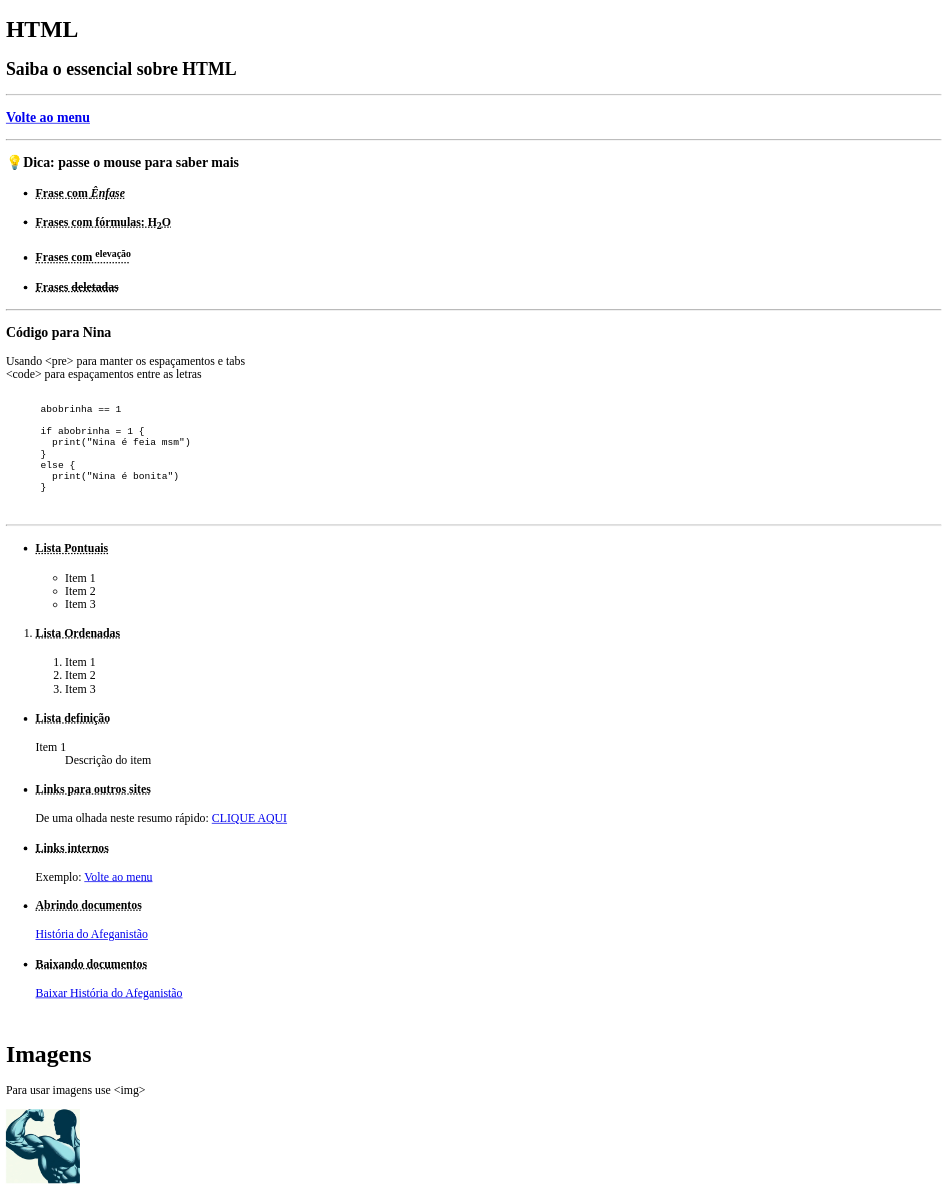
Repository: LuidyOn/Site_Forca_Total
Page: ForçaTotal/sobreHTML.html
An editor plug-in stored every save of this project. The page is shown before and after the next save, followed by the edit.
The browser window is 1280 px wide. The pictures show the whole page, at 74% of full size.

Above is the page before, as saved 2025-05-15 21:13:10.

### ForçaTotal/sobreHTML.html
<!DOCTYPE html>
<html lang="pt-br">
<head>
  <meta charset="UTF-8">
  <meta name="viewport" content="width=device-width, initial-scale=1.0">
  <link rel="shortcut icon" href="img/icons/logo.ico" type="image/x-icon">
  <title>Testes Força total</title>
</head>
<body>
  <h1>HTML</h1>
  <h2>Saiba o essencial sobre HTML</h2>

  <hr>
  <h3><a href="index.html" rel="prev"> Volte ao menu</a></h3>
  <hr>

<h3>💡Dica: passe o mouse para saber mais</h3>

  <ul><li><h4> <abbr title="Para deixar uma frase com ênfase, usamos: <em> ">Frase com <em>Ênfase</em></h4> </abbr>
  </li></ul>

    <ul><li><h4><abbr title="Para utilizarmos frases 'baixas' ou fórmulas usamos: <sub></sub>"> Frases com fórmulas: H<sub>2</sub>O</abbr></h4> </li></ul>

  <ul><li><h4> <abbr title="Para utilizarmos frases com ênfase/superiores usamos: <sup></sup>">Frases com <sup>elevação</sup></h4> </abbr></li></ul>

  <ul><li><abbr title=" Para utilizarmos frases deletadas usamos: <del>"><h4>Frases <del>deletadas</del></h4></abbr></li></ul>

  <hr>

  <h3>Código para Nina</h3>
  <p>Usando &lt;pre&gt; para manter os espaçamentos e tabs <br> &lt;code&gt; para espaçamentos entre as letras</p>

  <p></p>

  <pre>
    <code>
      abobrinha == 1

      if abobrinha = 1 {
        print("Nina é feia msm")
      }
      else {
        print("Nina é bonita")
      }
    </code>
  </pre>

  <hr>

      <ul>
        <li>
          <abbr title="Para usar lista pontuadas use <ul>"> <h4>Lista Pontuais</h4> </abbr>
        </li>
          <ul>
            <li>Item 1</li>
            <li>Item 2</li>
            <li>Item 3</li>
          </ul>
      </ul>

      <ol>
        <li>
          <abbr title="Para usar lista ordenadas use <ol>"> <h4>Lista Ordenadas</h4> </abbr>
        </li>
          <ol>
            <li>Item 1</li>
            <li>Item 2</li>
            <li>Item 3</li>
          </ol>
      </ol>

          <ul>
            <li>
              <abbr title="Para usar uma lista de definição, use <dl> para agrupar os elementos(bloco), <dt> para o termo e <dd> para a descrição."> <h4>Lista definição</h4> </abbr>
              <dl>
                <dt>Item 1</dt>
                <dd>Descrição do item</dd>
              </dl>
            </li>
          </ul>

      <ul>
        <li><abbr title="Dica → <a href='https...' target='_blank'></a> text </a>"><h4>Links para outros sites</h4></abbr>
        </li>
        <p>De uma olhada neste resumo rápido: <a href="https://www.youtube.com/watch?v=dQw4w9WgXcQ" target="_blank" rel="External"> CLIQUE AQUI </a></p>
      </ul>

      <ul>
        <li><abbr title="Dica → <a href='caminho.html' rel='prev/next'></a>"><h4>Links internos</h4></abbr>
        </li>
        <p>Exemplo: <a href="index.html" rel="prev"> Volte ao menu</a></p>
      </ul>

      <ul>
        <li><abbr title="Dica: <a href='caminho.pdf' target='_blank'></a>"> <h4>Abrindo documentos</h4> </abbr>
        </li>
        <p><a href="Documentos/PDFs/GUERRA DO AFEGANISTÃO.pdf" target="_blank"> História do Afeganistão</a></p>
      </ul>

      <ul>
        <li><abbr title="Dica: <a href='caminho.pdf' download='caminho.pdf' type='application/pdf'> 'text'</a>"> <h4>Baixando documentos</h4> </abbr>
        </li>
            <p><a href="Documentos/PDFs/GUERRA DO AFEGANISTÃO.pdf" target="_blank" download="Documentos/PDFs/GUERRA DO AFEGANISTÃO.pdf" type="application/pdf"> Baixar História do Afeganistão</a></p>
      </ul>

  <p><br></p>

  <h1>Imagens</h1>
  <p>Para usar imagens use &lt;img&gt;</p>
  <img src="img/parteSerior.png" alt="parte superior" style="width: 100px; height: 100px;">
</body>
</html>

After the next save:
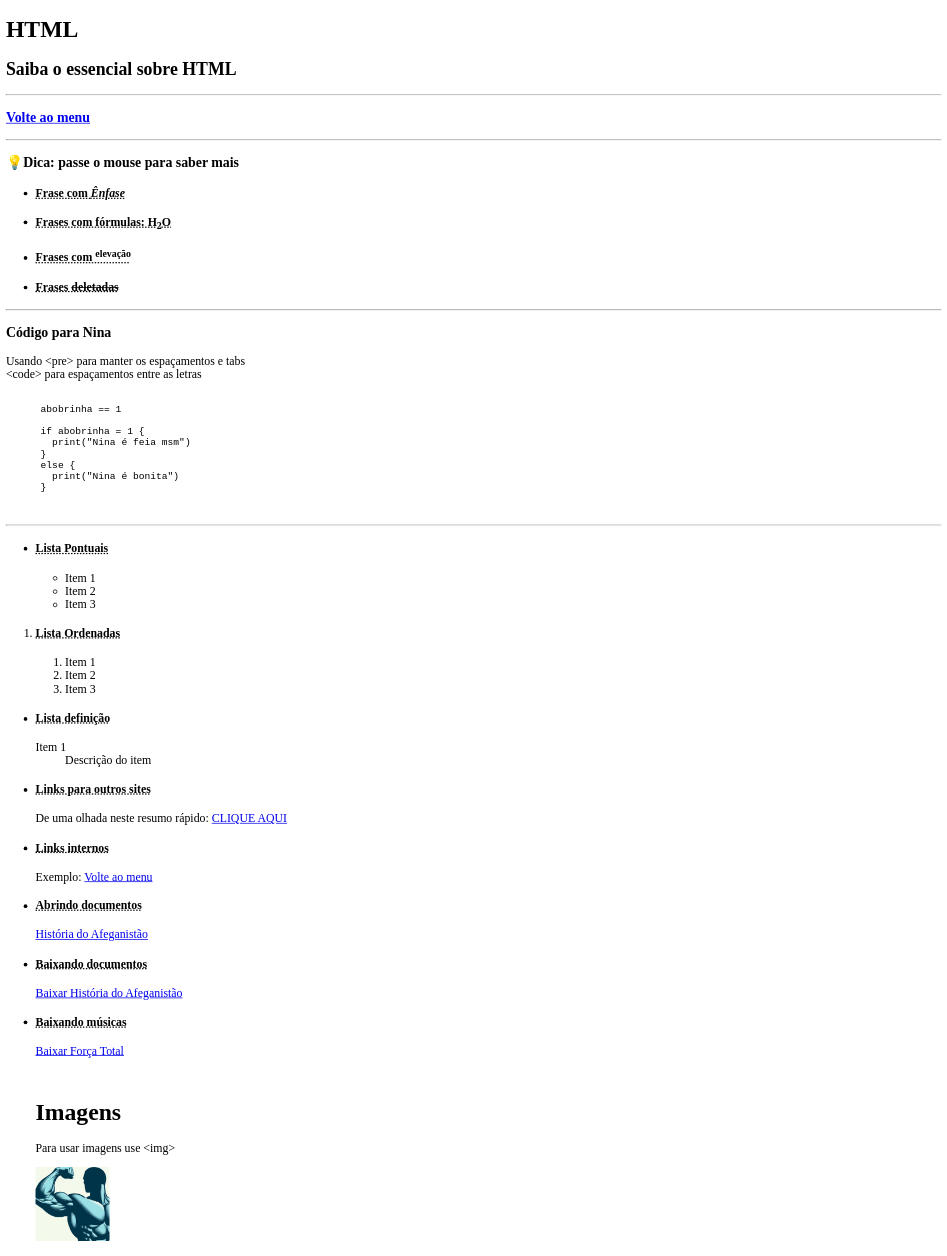
Saved 13 s later.
--- a/ForçaTotal/sobreHTML.html
+++ b/ForçaTotal/sobreHTML.html
@@ -102,7 +102,10 @@
         </li>
             <p><a href="Documentos/PDFs/GUERRA DO AFEGANISTÃO.pdf" target="_blank" download="Documentos/PDFs/GUERRA DO AFEGANISTÃO.pdf" type="application/pdf"> Baixar História do Afeganistão</a></p>
       </ul>
-
+      <ul>
+        <li><abbr title="Dica: <a href='caminho.mp3' type='audio/mpeg'> 'text'</a>"> <h4>Baixando músicas</h4> </abbr>
+        </li>
+            <p><a href="Documentos/Musicas/ForçaTotal.mp3" target="_blank" download="Documentos/Musicas/ForçaTotal.mp3" type="audio/mpeg"> Baixar Força Total</a></p>
   <p><br></p>
 
   <h1>Imagens</h1>

After the 2 saves that followed:
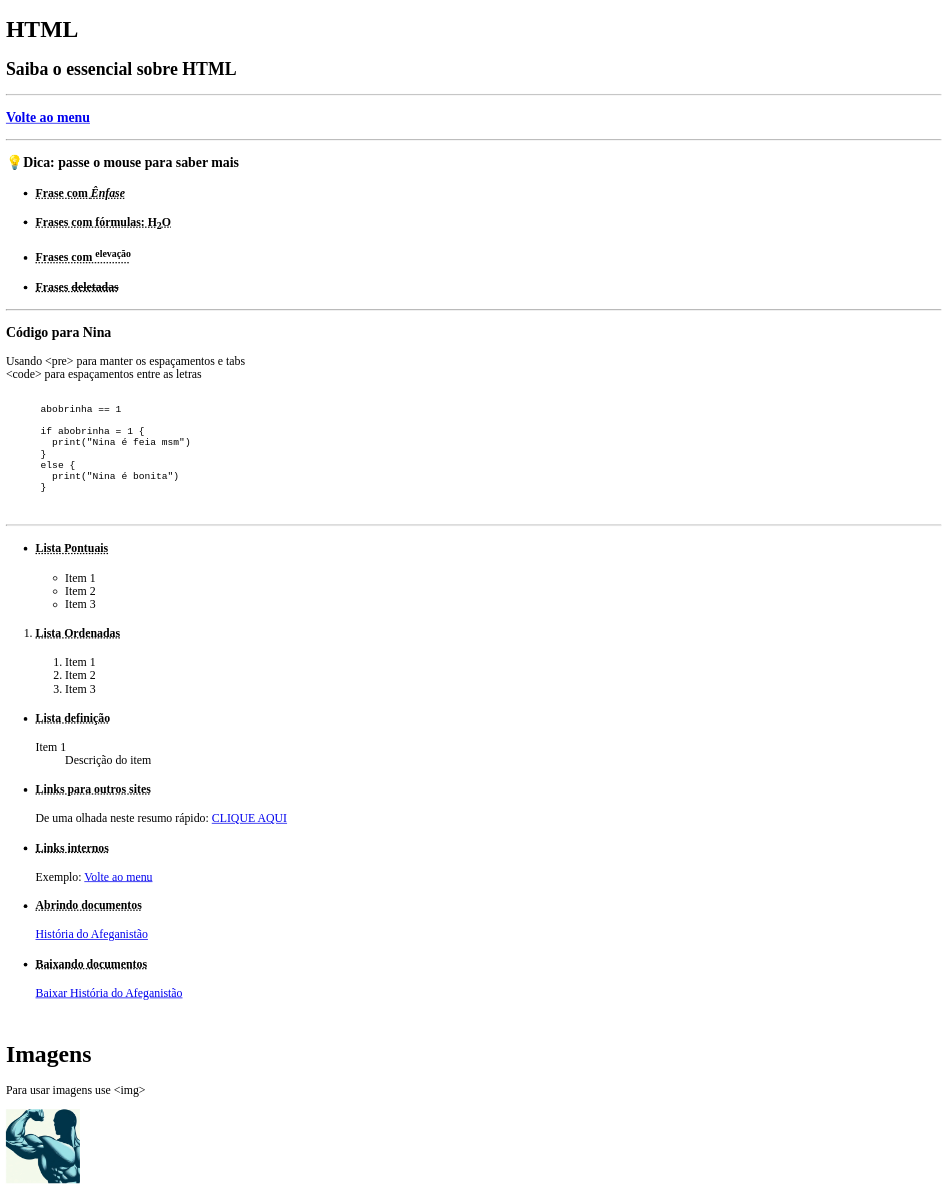
The 2 saves are shown as one change because they came seconds apart.
The last was saved 9 s later.
--- a/ForçaTotal/sobreHTML.html
+++ b/ForçaTotal/sobreHTML.html
@@ -80,7 +80,7 @@
           </ul>
 
       <ul>
-        <li><abbr title="Dica → <a href='https...' target='_blank'></a> text </a>"><h4>Links para outros sites</h4></abbr>
+        <li><abbr title="ica → <a href='https...' target='_blank'></a> text </a>"><h4>Links para outros sites</h4></abbr>
         </li>
         <p>De uma olhada neste resumo rápido: <a href="https://www.youtube.com/watch?v=dQw4w9WgXcQ" target="_blank" rel="External"> CLIQUE AQUI </a></p>
       </ul>
@@ -102,10 +102,21 @@
         </li>
             <p><a href="Documentos/PDFs/GUERRA DO AFEGANISTÃO.pdf" target="_blank" download="Documentos/PDFs/GUERRA DO AFEGANISTÃO.pdf" type="application/pdf"> Baixar História do Afeganistão</a></p>
       </ul>
-      <ul>
-        <li><abbr title="Dica: <a href='caminho.mp3' type='audio/mpeg'> 'text'</a>"> <h4>Baixando músicas</h4> </abbr>
-        </li>
-            <p><a href="Documentos/Musicas/ForçaTotal.mp3" target="_blank" download="Documentos/Musicas/ForçaTotal.mp3" type="audio/mpeg"> Baixar Força Total</a></p>
+
+
+
+
+
+
+
+
+
+
+
+
+
+
+
   <p><br></p>
 
   <h1>Imagens</h1>
